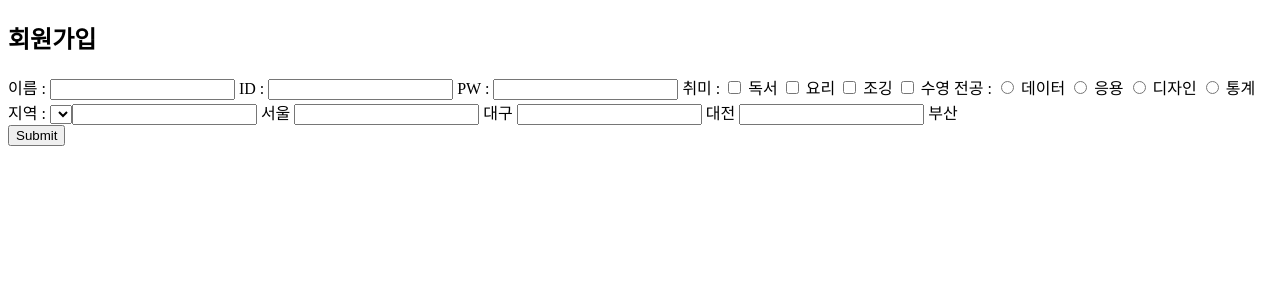
Repository: xxihyun0830/JSP
Page: http://localhost/Day3_getpost/join.jsp
An editor plug-in stored every save of this project. The page is shown before and after the next save, followed by the edit.
The browser window is 1280 px wide. The pictures show the whole page.
The page is served by Tomcat 9.

Above is the page before, as saved 2019-07-11 04:42:55.

After the next save:
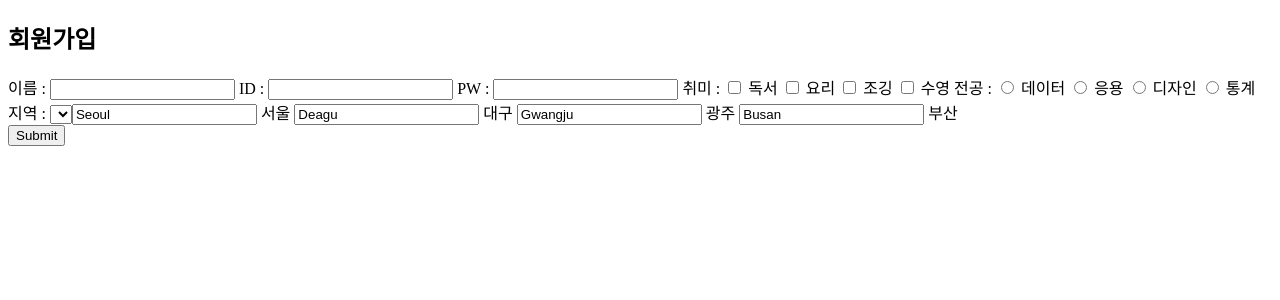
Saved 2 min 17 s later.
--- a/Day3_getpost/WebContent/join.jsp
+++ b/Day3_getpost/WebContent/join.jsp
@@ -22,10 +22,10 @@ PW : <input type = "password" name = "pw">
       <input type = "radio" name = "major" value = "design"> 디자인
       <input type = "radio" name = "major" value="statics"> 통계
 지역 : <select>
-      <input type = "text" name = "region"> 서울
-      <input type = "text" name = "region"> 대구
-      <input type = "text" name = "region"> 대전
-      <input type = "text" name = "region"> 부산
+      <input type = "text" name = "region" value = "Seoul"> 서울
+      <input type = "text" name = "region" value = "Deagu"> 대구
+      <input type = "text" name = "region" value = "Gwangju"> 광주
+      <input type = "text" name = "region" value = "Busan"> 부산
 </select>
 </form>
 
